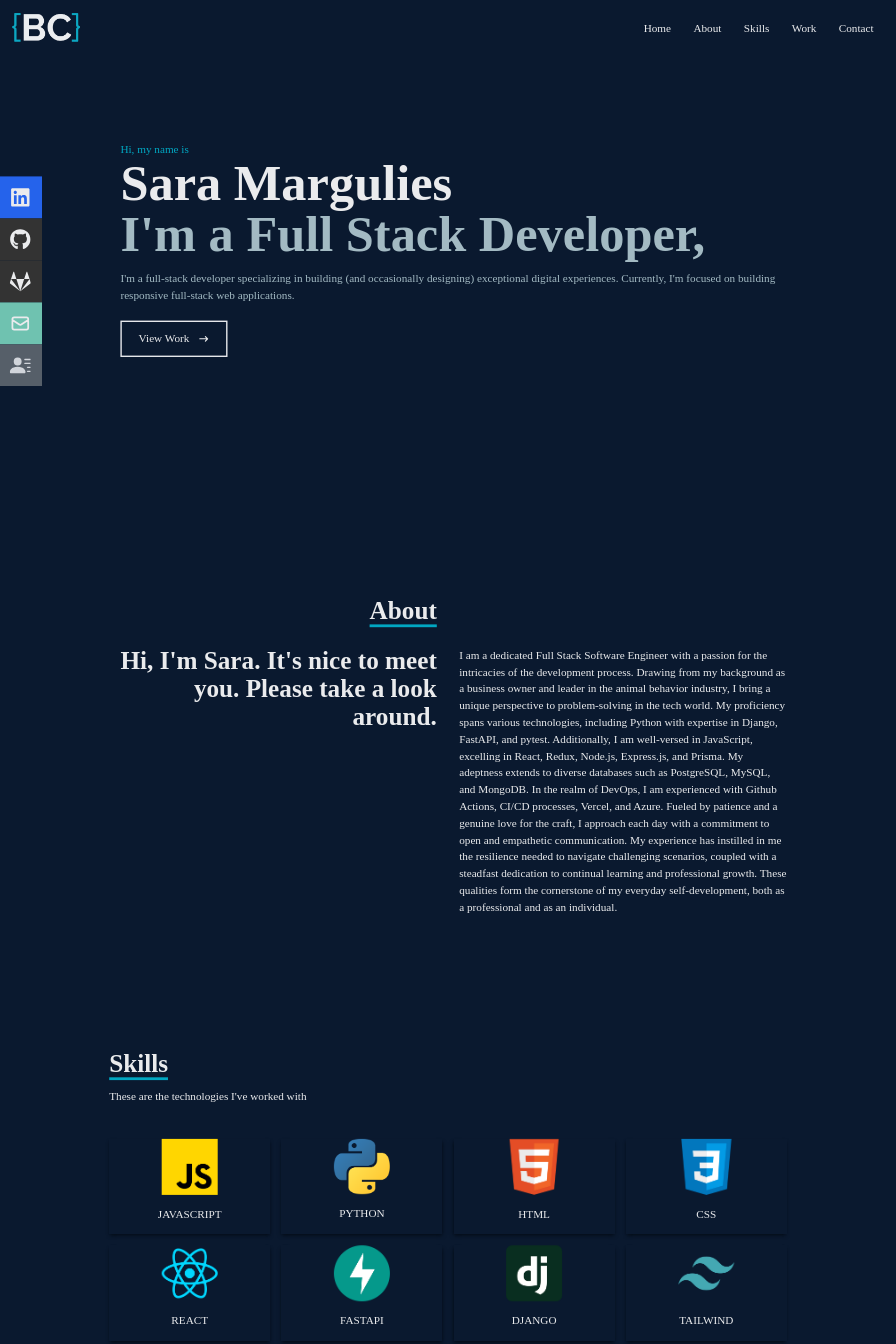
Repository: saramargulies/margulies-portfolio
Page: /
The author's editor kept a copy of each file at every save. The page is drawn from the files as they stood at one save, then again after a run of saves.
The browser window is 1280 px wide. The pictures show the part of the page from y = 0 to 1920 px (the page is 3600 px tall), at 70% of full size.
The project was rebuilt for these pictures with package versions that can differ from the ones it lists, and the page was loaded fresh each time.

Above is the page before, as saved 2023-12-05 12:45:01.

### public/index.html
<!DOCTYPE html>
<html lang="en">
  <head>
    <meta charset="utf-8" />
    <link rel="icon" href="%PUBLIC_URL%/favicon.ico" />
    <meta name="viewport" content="width=device-width, initial-scale=1" />
    <meta name="theme-color" content="#000000" />
    <meta
      name="description"
      content="Web site created using create-react-app"
    />
    <link rel="apple-touch-icon" href="%PUBLIC_URL%/logobluemobile.png" />
    <!--
      manifest.json provides metadata used when your web app is installed on a
      user's mobile device or desktop. See https://developers.google.com/web/fundamentals/web-app-manifest/
    -->
    <link rel="manifest" href="%PUBLIC_URL%/manifest.json" />
    <!--
      Notice the use of %PUBLIC_URL% in the tags above.
      It will be replaced with the URL of the `public` folder during the build.
      Only files inside the `public` folder can be referenced from the HTML.

      Unlike "/favicon.ico" or "favicon.ico", "%PUBLIC_URL%/favicon.ico" will
      work correctly both with client-side routing and a non-root public URL.
      Learn how to configure a non-root public URL by running `npm run build`.
    -->
    <title>Brad Cochi</title>
  </head>
  <body>
    <noscript>You need to enable JavaScript to run this app.</noscript>
    <div id="root"></div>
    <!--
      This HTML file is a template.
      If you open it directly in the browser, you will see an empty page.

      You can add webfonts, meta tags, or analytics to this file.
      The build step will place the bundled scripts into the <body> tag.

      To begin the development, run `npm start` or `yarn start`.
      To create a production bundle, use `npm run build` or `yarn build`.
    -->
  </body>
</html>

### src/App.js
import Navbar from "./components/Navbar";
import Home from "./components/Home";
import About from "./components/About";
import Skills from "./components/Skills";
import Work from "./components/Work";
import Contact from "./components/Contact";
import React, { useEffect } from "react";

function App() {
  useEffect(() => {
    document.title = "Brad Cochi";
  }, []);

  return (
    <div>
      <Navbar />
      <Home />
      <About />
      <Skills />
      <Work />
      <Contact />
    </div>
  );
}

export default App;

### src/components/Navbar.jsx
import React, { useState } from "react";
import {
  FaBars,
  FaTimes,
  FaGithub,
  FaGitlab,
  FaLinkedin,
} from "react-icons/fa";
import { HiOutlineMail } from "react-icons/hi";
import { BsFillPersonLinesFill } from "react-icons/bs";
import Logo from "../assets/logo.png";
import { Link } from "react-scroll";

const Navbar = () => {
  const [nav, setNav] = useState(false);
  const handleClick = () => setNav(!nav);

  return (
    <div className="fixed w-full h-[80px] flex justify-between items-center px-4 bg-[#0a192f] text-[#eaebed]">
      <div>
        <img src={Logo} alt="Logo" style={{ width: "100px" }} />
      </div>

      {/* Menu */}
      <ul className="hidden md:flex">
        <li>
          <Link to="home" smooth={true} duration={500}>
            Home
          </Link>
        </li>
        <li>
          <Link to="about" smooth={true} duration={500}>
            About
          </Link>
        </li>
        <li>
          <Link to="skills" smooth={true} duration={500}>
            Skills
          </Link>
        </li>
        <li>
          <Link to="work" smooth={true} duration={500}>
            Work
          </Link>
        </li>
        <li>
          <Link to="contact" smooth={true} duration={500}>
            Contact
          </Link>
        </li>
      </ul>

      {/* Hamburger */}
      <div onClick={handleClick} className="md:hidden z-10">
        {!nav ? <FaBars /> : <FaTimes />}
      </div>

      {/* Mobile menu */}
      <ul
        className={
          !nav
            ? "hidden"
            : "absolute top-0 left-0 w-full h-screen bg-[#0a192f] flex flex-col justify-center items-center"
        }
      >
        <li className="py-4 text-3xl">
          <Link onClick={handleClick} to="home" smooth={true} duration={500}>
            Home
          </Link>
        </li>
        <li className="py-4 text-3xl">
          <Link onClick={handleClick} to="about" smooth={true} duration={500}>
            About
          </Link>
        </li>
        <li className="py-4 text-3xl">
          <Link onClick={handleClick} to="skills" smooth={true} duration={500}>
            Skills
          </Link>
        </li>
        <li className="py-4 text-3xl">
          <Link onClick={handleClick} to="work" smooth={true} duration={500}>
            Work
          </Link>
        </li>
        <li className="py-4 text-3xl">
          <a
            className="flex justify-between items-center w-full text-gray-300"
            href="https://www.linkedin.com/in/brad-cochi/"
            target="_blank"
            rel="noopener noreferrer"
          >
            LinkedIn
          </a>
        </li>
        <li className="py-4 text-3xl">
          <a
            className="flex justify-between items-center w-full text-gray-300"
            href="https://docs.google.com/document/d/1NIh6wLXZUbtdGNBN_J33L0a28H9_5nH7budXHrZ2_Uo/edit"
            target="_blank"
            rel="noopener noreferrer"
          >
            Resume
          </a>
        </li>
        <li className="py-4 text-3xl">
          <a
            className="flex justify-between items-center w-full text-gray-300"
            href="https://github.com/bradcochi"
            target="_blank"
            rel="noopener noreferrer"
          >
            GitHub
          </a>
        </li>
        <li className="py-4 text-3xl">
          <a
            className="flex justify-between items-center w-full text-gray-300"
            href="https://gitlab.com/bradcochi"
            target="_blank"
            rel="noopener noreferrer"
          >
            GitLab
          </a>
        </li>
        <li className="py-4 text-3xl">
          <Link onClick={handleClick} to="contact" smooth={true} duration={500}>
            Contact
          </Link>
        </li>
      </ul>

      {/* Social icons */}
      <div className="hidden lg:flex fixed flex-col top-[35%] left-0">
        <ul>
          <li className="w-[160px] h-[60px] flex justify-between items-center ml-[-100px] hover:ml-[-10px] duration-300 bg-blue-600">
            <a
              className="flex justify-between items-center w-full text-[#eaebed]"
              href="https://www.linkedin.com/in/brad-cochi/"
              target="_blank"
              rel="noopener noreferrer"
            >
              LinkedIn <FaLinkedin size={30} />
            </a>
          </li>
          <li className="w-[160px] h-[60px] flex justify-between items-center ml-[-100px] hover:ml-[-10px] duration-300 bg-[#333333]">
            <a
              className="flex justify-between items-center w-full text-[#eaebed]"
              href="https://github.com/bradcochi"
              target="_blank"
              rel="noopener noreferrer"
            >
              GitHub <FaGithub size={30} />
            </a>
          </li>
          <li className="w-[160px] h-[60px] flex justify-between items-center ml-[-100px] hover:ml-[-10px] duration-300 bg-[#333333]">
            <a
              className="flex justify-between items-center w-full text-[#eaebed]"
              href="https://gitlab.com/bradcochi"
              target="_blank"
              rel="noopener noreferrer"
            >
              GitLab <FaGitlab size={30} />
            </a>
          </li>
          <li className="w-[160px] h-[60px] flex justify-between items-center ml-[-100px] hover:ml-[-10px] duration-300 bg-[#6fc2b0]">
            <Link
              to="contact"
              smooth={true}
              duration={500}
              className="flex justify-between items-center w-full text-[#eaebed]"
            >
              Email <HiOutlineMail size={30} />
            </Link>
          </li>
          <li className="w-[160px] h-[60px] flex justify-between items-center ml-[-100px] hover:ml-[-10px] duration-300 bg-[#565f69]">
            <a
              className="flex justify-between items-center w-full text-gray-300"
              href="https://docs.google.com/document/d/1NIh6wLXZUbtdGNBN_J33L0a28H9_5nH7budXHrZ2_Uo/edit"
              target="_blank"
              rel="noopener noreferrer"
            >
              Resume <BsFillPersonLinesFill size={30} />
            </a>
          </li>
          {/* need to add GitLab */}
        </ul>
      </div>
    </div>
  );
};

export default Navbar;

### src/components/Home.jsx
import React from "react";
import { HiArrowNarrowRight } from "react-icons/hi";
import { Link } from "react-scroll";

const Home = () => {
  return (
    <div name="home" className="w-full h-screen bg-[#0a192f]">
      {/* Container */}
      <div className="max-w-[1000px] mx-auto px-8 flex flex-col justify-center h-full">
        <p className="text-[#01a7c2]">Hi, my name is</p>
        <h1 className="text-4xl sm:text-7xl font-bold text-[#eaebed]">
          Sara Margulies
        </h1>
        <h2 className="text-4xl sm:text-7xl font-bold text-[#a3bac3]">
          I'm a Full Stack Developer,
        </h2>
        {/* Update the description in <p> tag to something personal */}
        <p className="text-[#a3bac3] py-4 max-w-700px">
          I'm a full-stack developer specializing in building (and occasionally
          designing) exceptional digital experiences. Currently, I'm focused on
          building responsive full-stack web applications.
        </p>
        <div>
          <Link to="work" smooth={true} duration={500}>
            <button className="text-[#eaebed] group border-2 px-6 py-3 my-2 flex items-center hover:bg-[#01a7c2] hover:border-[#01a7c2]">
              View Work
              <span className="group-hover:rotate-90 duration-300">
                <HiArrowNarrowRight className="ml-3" />
              </span>
            </button>
          </Link>
        </div>
      </div>
    </div>
  );
};

export default Home;

### src/components/About.jsx
import React from "react";

const About = () => {
  return (
    <div name="about" className="w-full h-screen bg-[#0a192f] text-[#eaebed]">
      <div className="flex flex-col justify-center items-center w-full h-full">
        <div className="max-w-[1000px] w-full grid grid-cols-2 gap-8">
          <div className="sm:text-right pb-8 pl-4">
            <p className="text-4xl font-bold inline border-b-4 border-[#01a7c2]">
              About
            </p>
          </div>
          <div></div>
        </div>
        <div className="max-w-[1000px] w-full grid sm:grid-cols-2 gap-8 px-4">
          <div className="sm:text-right text-4xl font-bold">
            <p>
              Hi, I'm Sara. It's nice to meet you. Please take a look around.
            </p>
          </div>
          <div>
            <p>
              I am a dedicated Full Stack Software Engineer with a passion for
              the intricacies of the development process. Drawing from my
              background as a business owner and leader in the animal behavior
              industry, I bring a unique perspective to problem-solving in the
              tech world. My proficiency spans various technologies, including
              Python with expertise in Django, FastAPI, and pytest.
              Additionally, I am well-versed in JavaScript, excelling in React,
              Redux, Node.js, Express.js, and Prisma. My adeptness extends to
              diverse databases such as PostgreSQL, MySQL, and MongoDB. In the
              realm of DevOps, I am experienced with Github Actions, CI/CD
              processes, Vercel, and Azure. Fueled by patience and a genuine
              love for the craft, I approach each day with a commitment to open
              and empathetic communication. My experience has instilled in me
              the resilience needed to navigate challenging scenarios, coupled
              with a steadfast dedication to continual learning and professional
              growth. These qualities form the cornerstone of my everyday
              self-development, both as a professional and as an individual.
            </p>
          </div>
        </div>
      </div>
    </div>
  );
};

export default About;

### src/components/Skills.jsx
import React from "react";
import HTML from "../assets/html.png";
import CSS from "../assets/css.png";
import JavaScript from "../assets/javascript.png";
import Python from "../assets/python.png";
import ReactImg from "../assets/react.png";
import Django from "../assets/django.png";
import FastAPI from "../assets/fastapi.png";
import Tailwind from "../assets/tailwind.png";
import Bootstrap from "../assets/bootstrap.png";
import Mongo from "../assets/mongo.png";
import PostgreSQL from "../assets/postgresql.png";
import Docker from "../assets/docker.png";

const Skills = () => {
  return (
    <div
      name="skills"
      className="w-full min-h-screen flex items-center bg-[#0a192f] text-[#eaebed]"
    >
      {/* container */}
      <div className="max-w-[1000px] mx-auto p-4 flex flex-col justify-center w-full h-full">
        <div>
          <p className="text-4xl font-bold inline border-b-4 border-[#01a7c2]">
            Skills
          </p>
          <p className="py-4">These are the technologies I've worked with</p>
        </div>
        <div className="w-full grid grid-cols-2 sm:grid-cols-4 gap-4 text-center py-8">
          <div className="shadow-md shadow-[#040c16] hover:scale-110 duration-500">
            <img
              className="w-20 mx-auto"
              src={JavaScript}
              alt="JavaScript icon"
            />
            <p className="my-4">JAVASCRIPT</p>
          </div>
          <div className="shadow-md shadow-[#040c16] hover:scale-110 duration-500">
            <img className="w-20 mx-auto" src={Python} alt="Python icon" />
            <p className="my-4">PYTHON</p>
          </div>
          <div className="shadow-md shadow-[#040c16] hover:scale-110 duration-500">
            <img className="w-20 mx-auto" src={HTML} alt="HTML icon" />
            <p className="my-4">HTML</p>
          </div>
          <div className="shadow-md shadow-[#040c16] hover:scale-110 duration-500">
            <img className="w-20 mx-auto" src={CSS} alt="CSS icon" />
            <p className="my-4">CSS</p>
          </div>

          <div className="shadow-md shadow-[#040c16] hover:scale-110 duration-500">
            <img className="w-20 mx-auto" src={ReactImg} alt="React icon" />
            <p className="my-4">REACT</p>
          </div>
          <div className="shadow-md shadow-[#040c16] hover:scale-110 duration-500">
            <img className="w-20 mx-auto" src={FastAPI} alt="FastAPI icon" />
            <p className="my-4">FASTAPI</p>
          </div>
          <div className="shadow-md shadow-[#040c16] hover:scale-110 duration-500">
            <img className="w-20 mx-auto" src={Django} alt="Django icon" />
            <p className="my-4">DJANGO</p>
          </div>
          <div className="shadow-md shadow-[#040c16] hover:scale-110 duration-500">
            <img className="w-20 mx-auto" src={Tailwind} alt="Tailwind icon" />
            <p className="my-4">TAILWIND</p>
          </div>
          <div className="shadow-md shadow-[#040c16] hover:scale-110 duration-500">
            <img
              className="w-20 mx-auto"
              src={Bootstrap}
              alt="Bootstrap icon"
            />
            <p className="my-4">BOOTSTRAP</p>
          </div>
          <div className="shadow-md shadow-[#040c16] hover:scale-110 duration-500">
            <img className="w-20 mx-auto" src={Mongo} alt="Mongo DB icon" />
            <p className="my-4">MONGO DB</p>
          </div>
          <div className="shadow-md shadow-[#040c16] hover:scale-110 duration-500">
            <img
              className="w-20 mx-auto"
              src={PostgreSQL}
              alt="PostgreSQL icon"
            />
            <p className="my-4">POSTGRESQL</p>
          </div>
          <div className="shadow-md shadow-[#040c16] hover:scale-110 duration-500">
            <img className="w-20 mx-auto" src={Docker} alt="Docker icon" />
            <p className="my-4">DOCKER</p>
          </div>
        </div>
      </div>
    </div>
  );
};

export default Skills;

### src/components/Work.jsx
import React from "react";
import NPDBImg from "../assets/projects/NPDBImg.png";

const Work = () => {
  return (
    <div
      name="work"
      className="w-full md:min-h-screen flex items-center text-[#eaebed] bg-[#0a192f]"
    >
      <div className="max-w-[1000px] mx-auto p-4 flex flex-col justify-center w-full h-full">
        <div className="pb-8">
          <p className="text-4xl font-bold online border-b-4 text-[#eaebed] border-[#01a7c2]">
            Work
          </p>
          <p className="py-6">Check out some of my recent work</p>
        </div>

        {/* Container */}
        <div className="grid sm:grid-cols-2 md:grid-cols-3 gap-4">
          {/* Grid Item */}
          <div
            style={{ backgroundImage: `url(${NPDBImg})` }}
            className="shadow-lg shadow-[#040c16] group container rounded-md flex justify-center items-center mx-auto content-div"
          >
            {/* Hover Effects */}
            <div className="opacity-0 group-hover:opacity-100">
              <span className="text-2xl font-bold text-[#eaebed] track-wider">
                React JS Application
              </span>
              <div className="pt-8 text-center">
                <a
                  href="https://saramargs.gitlab.io/npdt/"
                  target="_blank"
                  rel="noopener noreferrer"
                >
                  <button className="text-center rounded-lg px-4 py-3 m-2 bg-[#eaebed] text-gray-700 font-bold text-lg">
                    Demo
                  </button>
                </a>
                <a
                  href="https://gitlab.com/saramargs/npdt"
                  target="_blank"
                  rel="noopener noreferrer"
                >
                  <button className="text-center rounded-lg px-4 py-3 m-2 bg-[#eaebed] text-gray-700 font-bold text-lg">
                    Code
                  </button>
                </a>
              </div>
            </div>
          </div>
        </div>
      </div>
    </div>
  );
};

export default Work;

### src/components/Contact.jsx
import React from "react";

const Contact = () => {
  return (
    <div
      name="contact"
      className="w-full min-h-screen bg-[#0a192f] flex justify-center items-center"
    >
      <form
        method="POST"
        action="https://getform.io/f/15822fa6-c7ff-455a-a9fe-c3d2c82dc92a"
        className="flex flex-col max-w-[600px] w-full p-4"
      >
        <div className="pb-8">
          <p className="text-4xl font-bold inline border-b-4 border-[#01a7c2] text-[#eaebed]">
            Contact
          </p>
          <p className="text-[#eaebed] py-4">
            Submit the form below or reach out to SaraAustenM@gmail.com
          </p>
        </div>
        <input
          className="p-2 bg-[#ccd6f6]"
          type="text"
          placeholder="Name"
          name="name"
        />
        <input
          className="my-4 p-2 bg-[#ccd6f6]"
          type="email"
          placeholder="Email"
          name="email"
        />
        <textarea
          className="p-2 bg-[#ccd6f6]"
          name="message"
          rows="10"
          placeholder="Message"
        />
        <button className="text-[#eaebed] border-2 px-4 py-3 my-8 mx-auto flex items-center hover:bg-[#01a7c2] hover:border-[#01a7c2]">
          Let's Collaborate
        </button>
      </form>
    </div>
  );
};

export default Contact;

Loaded but not shown: src/index.js (common file); src/index.css (common file); tailwind.config.js (common file)

After the next 3 saves:
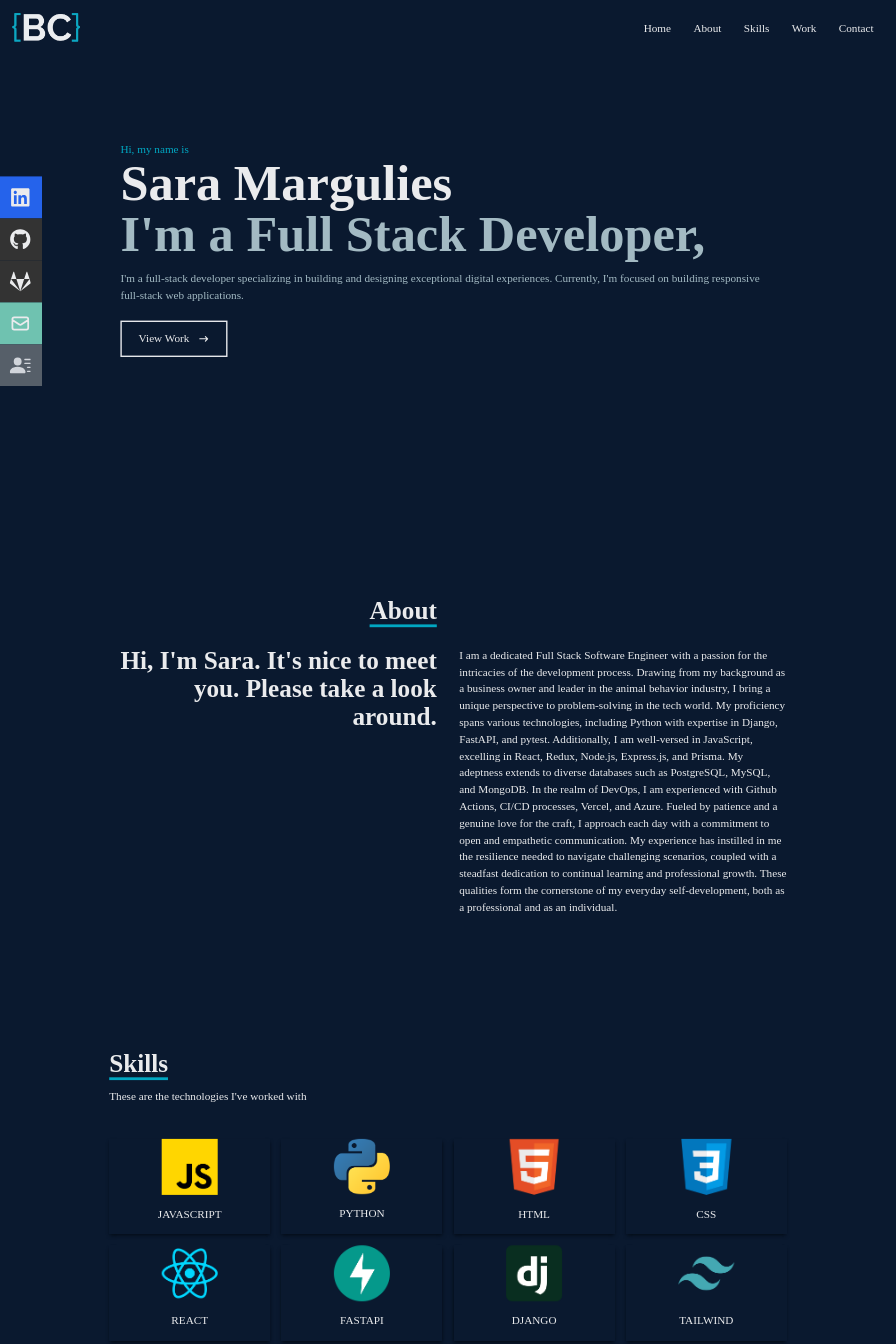
The 3 saves are shown as one change because they came seconds apart.
The last was saved 10 s later.
--- a/src/components/Home.jsx
+++ b/src/components/Home.jsx
@@ -16,8 +16,8 @@
         </h2>
         {/* Update the description in <p> tag to something personal */}
         <p className="text-[#a3bac3] py-4 max-w-700px">
-          I'm a full-stack developer specializing in building (and occasionally
-          designing) exceptional digital experiences. Currently, I'm focused on
+          I'm a full-stack developer specializing in building and
+          designing exceptional digital experiences. Currently, I'm focused on
           building responsive full-stack web applications.
         </p>
         <div>
